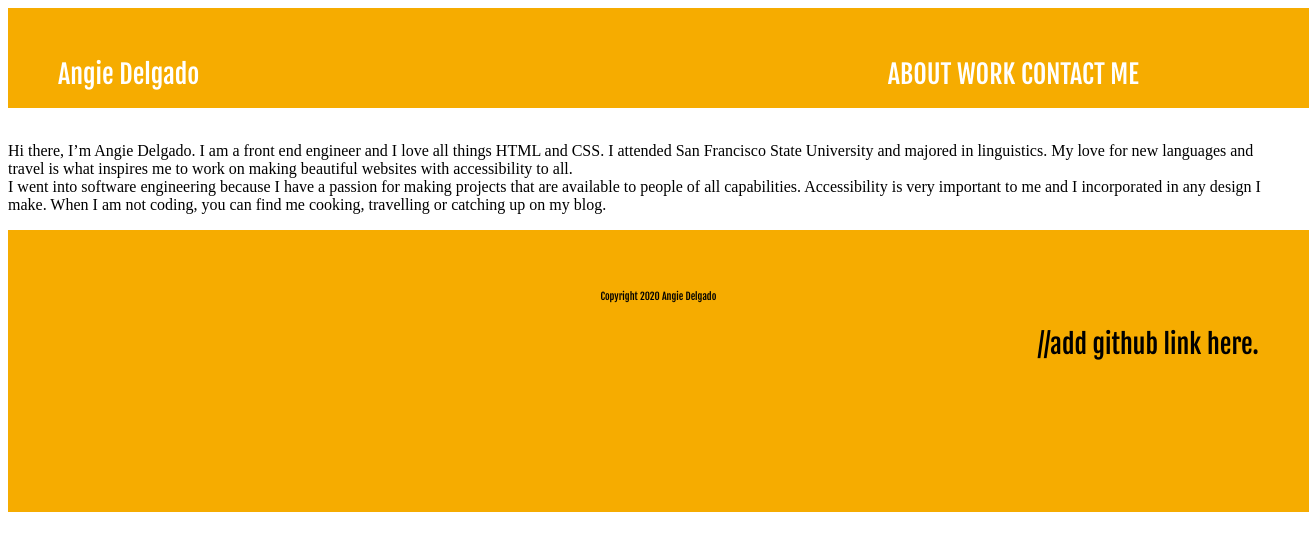
Repository: seleniadelgado/meda-spring2020-angie
Page: projects/portfolio/index.html
These files come from the project's save history. The page is drawn as it stood at one moment and after the next save; the edit follows.
The browser window is 1280 px wide. The page is 1309 px wide, so the pictures cover 1309 px, including what lies to the right of the window. The pictures show the whole page.

Above is the page before, as saved 2020-03-02 11:01:24.

### projects/portfolio/index.html
<!DOCTYPE html>
 <html lang="en">
    <head>
        <meta charset="utf-8">
        <meta http-equiv="X-UA-Compatible" content="IE=edge">
        <title>Angie Delgado</title>
        <meta name="description" content="">
        <meta name="viewport" content="width=device-width, initial-scale=1">
        <link rel="stylesheet" href="styles.css">
    </head>
    <body>
    <header>
            <nav>
                <div id="myName">
                    Angie Delgado
                </div>
                <div>
                    <ul id="menu">
                        <li><a href="#">About</a></li>
                        <li><a href="#">Work</a></li>
                        <li><a href="#">Contact me</a></li>
                    </ul>
                </div>
            </nav>
    </header>
    <div>
        <img src="#" alt="" height="" width="">
        <p id="aboutMeParagraph">
            Hi there, I’m Angie Delgado. I am a front end engineer and I love all things HTML and CSS. I attended San Francisco State University and majored in linguistics. My love for new languages and travel is what inspires me to work on making beautiful websites with accessibility to all.
            <br>
            I went into software engineering because I have a passion for making projects that are available to people of all capabilities. Accessibility is very important to me and I incorporated in any design I make. When I am not coding, you can find me cooking, travelling or catching up on my blog.
        </p>
    </div>
    <footer>
        <div class="copyright"><p>Copyright 2020 Angie Delgado</p></div>
        <div class="social">
            <p>//add github link here.</p>
        </div>
    </footer>
    </body>
</html>

### projects/portfolio/styles.css
@import url('https://fonts.googleapis.com/css?family=Fjalla+One|Noto+Sans&display=swap');

header, main, footer {
    width: 95%;
    background-color: #f6ac00;
    margin: 0 auto;
    padding: 50px;
    font-size: 26px;
    font-family: 'Fjalla One', Arial, Helvetica, sans-serif;
    line-height: normal;
    /* font-family: 'Noto Sans', ;*/
}
#myName {
    float: left;
    color: white;
}
ul {
    display: block;
    list-style-type: none;
    margin: 0;
    padding-right: 10%;
    float: right;
    text-decoration: none;
 }

 li {
    display: inline;
    text-transform: uppercase;
 }
 li a {
    text-decoration: none;
    color: white;
 }
 /* Footer style starts */
 footer {
    padding-bottom: 10%;
 }
 .copyright {
    text-align: center;
    font-size: 10px;
 }
 .social {
    text-align: right;
    margin-bottom: 20px;
 }
/* footer ends */

After the next save:
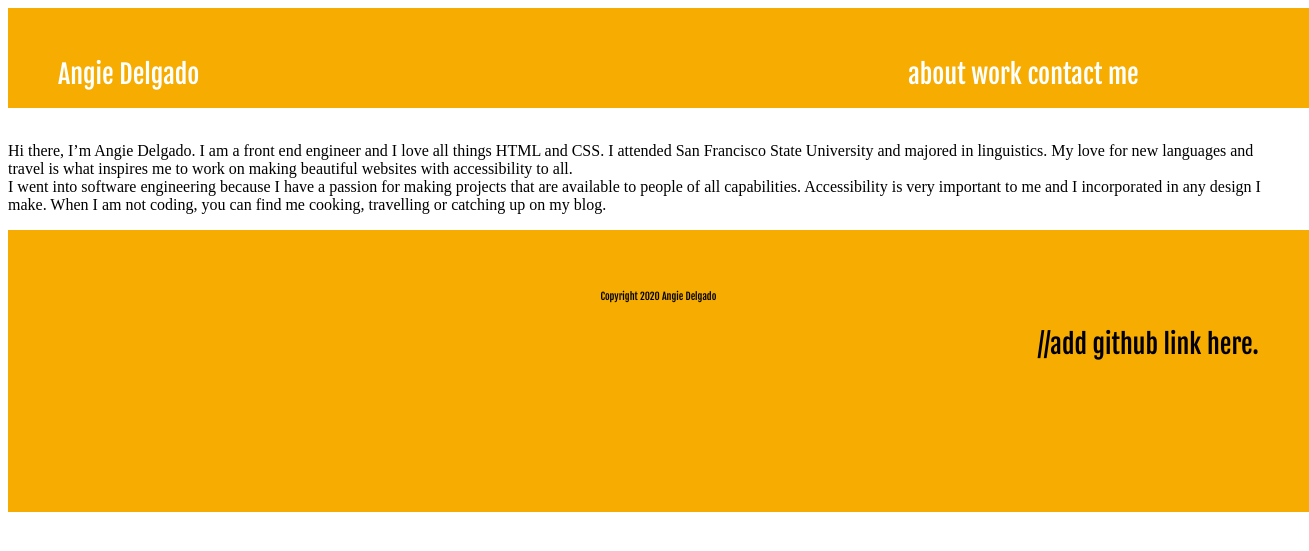
Saved 6 s later.
--- a/projects/portfolio/styles.css
+++ b/projects/portfolio/styles.css
@@ -25,7 +25,7 @@ ul {
 
  li {
     display: inline;
-    text-transform: uppercase;
+    text-transform: lowercase;
  }
  li a {
     text-decoration: none;
